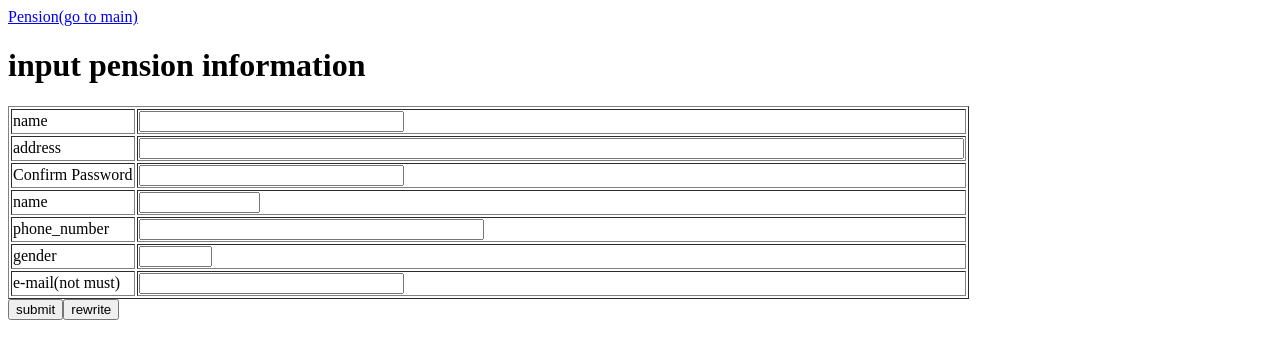
Repository: spero-spera/termproject
Page: http://localhost/pension/pension.php
The author's editor kept a record of every edit. The page is drawn from the files as they stood at one moment, then again after the next edit.
The browser window is 1280 px wide. The pictures show the whole page.
The page is run by PHP 8.4 with error messages shown; the project is at /var/www/html/.

Above is the page before.

### pension/pension.php
<div id="home"><a href="../index.php">Pension(go to main)</a></div>

<doctype html>

<html>
<head>
<title>pension add page</title>
</head>
<body>
<form name="add" method="post" action="pension_add.php">
 <h1>input pension information</h1>
 <table border="1">
  <tr>
   <td>name</td>
   <td><input type="text" size="30" name="name"></td>
  </tr>
  <tr>
   <td>address</td>
   <td><input type="text" size="100" name="address"></td>
  </tr>
  <tr>
   <td>Confirm Password</td>
   <td><input type="text" size="30" name="pwd2"></td>
  </tr>
  <tr>
   <td>name</td>
   <td><input type="text" size="12" maxlength="20" name="name"></td>
  </tr>
  <tr>
   <td>phone_number</td>
   <td><input type="text" size="40" name="phone"></td>
  </tr>
  <tr>
   <td>gender</td>
   <td><input type="text" size="6" maxlength="6" name="gender"></td>
  </tr>
  <tr>
   <td>e-mail(not must)</td>
   <td><input type="text" size="30" name="email"></td>
  </tr>
 </table>
 <input type=submit value="submit"><input type=reset value="rewrite">
</form>
</body>
</html>

After the next edit:
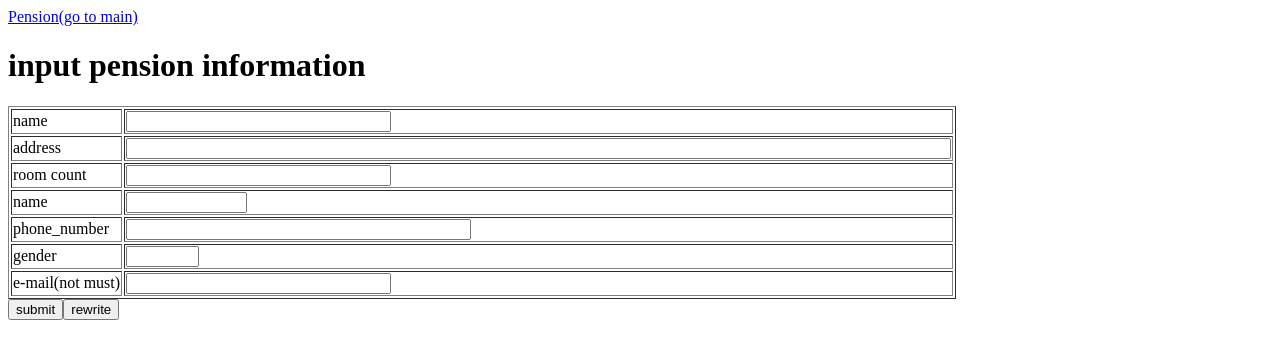
The edit:
--- a/pension/pension.php
+++ b/pension/pension.php
@@ -19,8 +19,8 @@
    <td><input type="text" size="100" name="address"></td>
   </tr>
   <tr>
-   <td>Confirm Password</td>
-   <td><input type="text" size="30" name="pwd2"></td>
+   <td>room count</td>
+   <td><input type="text" size="30" name="count"></td>
   </tr>
   <tr>
    <td>name</td>
